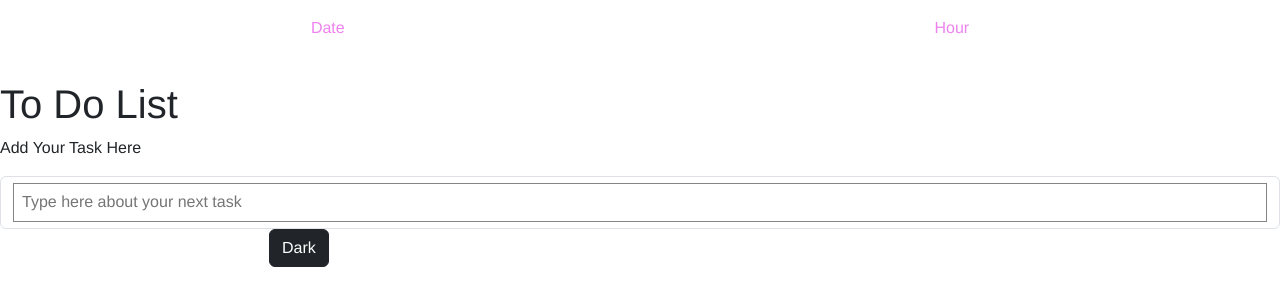
Repository: Passionblaz/TODO
Page: TODO/Untitled-1.html
An editor plug-in stored every save of this project. The page is shown before and after the next save, followed by the edit.
The browser window is 1280 px wide. The pictures show the whole page.

Above is the page before, as saved 2023-07-14 11:47:48.

### TODO/Untitled-1.html
<!DOCTYPE html>
<html lang="en">
<head>
  <meta charset="UTF-8">
  <meta name="viewport" content="width=device-width, initial-scale=1.0">
  <title>Document</title>
  <link href="https://cdn.jsdelivr.net/npm/bootstrap@5.3.0/dist/css/bootstrap.min.css" rel="stylesheet" integrity="sha384-9ndCyUaIbzAi2FUVXJi0CjmCapSmO7SnpJef0486qhLnuZ2cdeRhO02iuK6FUUVM" crossorigin="anonymous">
  <!-- Bootstrap Bundle JS (jsDelivr CDN) -->
  <script defer src="https://cdn.jsdelivr.net/npm/bootstrap@5.3.0/dist/js/bootstrap.bundle.min.js" integrity="sha384-geWF76RCwLtnZ8qwWowPQNguL3RmwHVBC9FhGdlKrxdiJJigb/j/68SIy3Te4Bkz" crossorigin="anonymous"></script>
  <link rel="stylesheet" href="todostyles.css">
</head>
<body>
<div class="todo-container">
  <div class="date-hour">
    <p class="date">Date</p>
    <p class="hour">Hour</p>
  </div>
<header>
  <h1>To Do List</h1>
</header>

<form action="" id="todo-form">
  <p>Add Your Task Here</p>
<div class="form-control">
<input type="text" id="todo-input" placeholder="Type here about your next task">

</div>

</form>



</div>



  <div class="button">
     <button type="button" class="btn btn-dark">Dark</button>
    </div>


    </body>
</html>

### TODO/todostyles.css
*{
  padding: 0;
  margin: 0;
  box-sizing: border-box;
}
body{
  font-family: 'Franklin Gothic Medium', 'Arial Narrow', Arial, sans-serif;
  background: rgb(red, green, blue);

}
.form-control {
  display: flex;
}
.form-control input {
  flex: 1;
  outline: 0;
box-shadow: none;
border: 1px solid #858585;
}
.form-control button:hover {
  background-color: green;
}
.date-hour {
  display: flex;
  justify-content: space-around;
  align-items:center;
  padding: 1rem 1rem 1.5rem 1rem;
  font-size: 16px;
  color: violet;
}
button {
  background-color: darkorange;
  color: blue;
  border: 2px solid red;
  padding: 0.2rem 0.4rem;
  font-size: .8rem;
  cursor: pointer;
  justify-content: center;
  align-items: center;
  transition: .4s;
  border: 1px solid orange;
}
button:hover {
  background-color: orangered;
  color: white;
}
button > i {
  font-weight: bold;
  pointer-events: none;
}
input {
  padding: .4rem .5rem;
}
#date {
  flex: 1;

}




.button {
  padding-left: 269px;

}

After the next save:
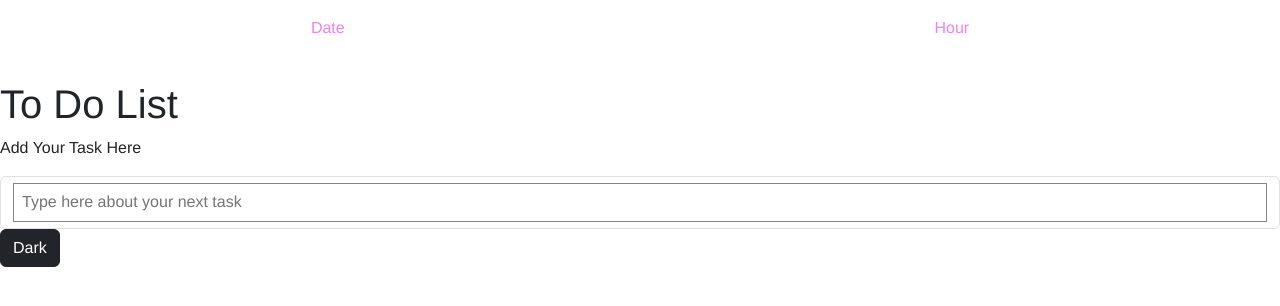
Saved 16 s later.
--- a/TODO/todostyles.css
+++ b/TODO/todostyles.css
@@ -51,10 +51,7 @@
 input {
   padding: .4rem .5rem;
 }
-#date {
-  flex: 1;
-
-}
+hide
 
 
 

After the 4 saves that followed:
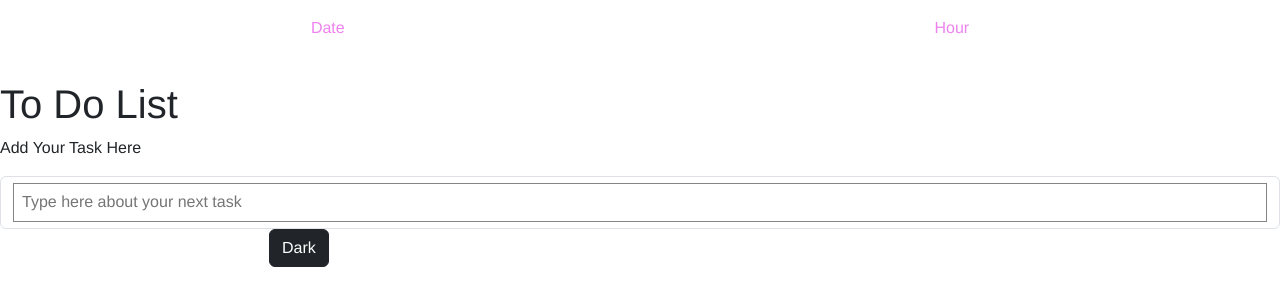
The 4 saves are shown as one change because they came seconds apart.
The last was saved 13 s later.
--- a/TODO/todostyles.css
+++ b/TODO/todostyles.css
@@ -51,7 +51,9 @@
 input {
   padding: .4rem .5rem;
 }
-hide
+.hide {
+  display: none;
+}
 
 
 
